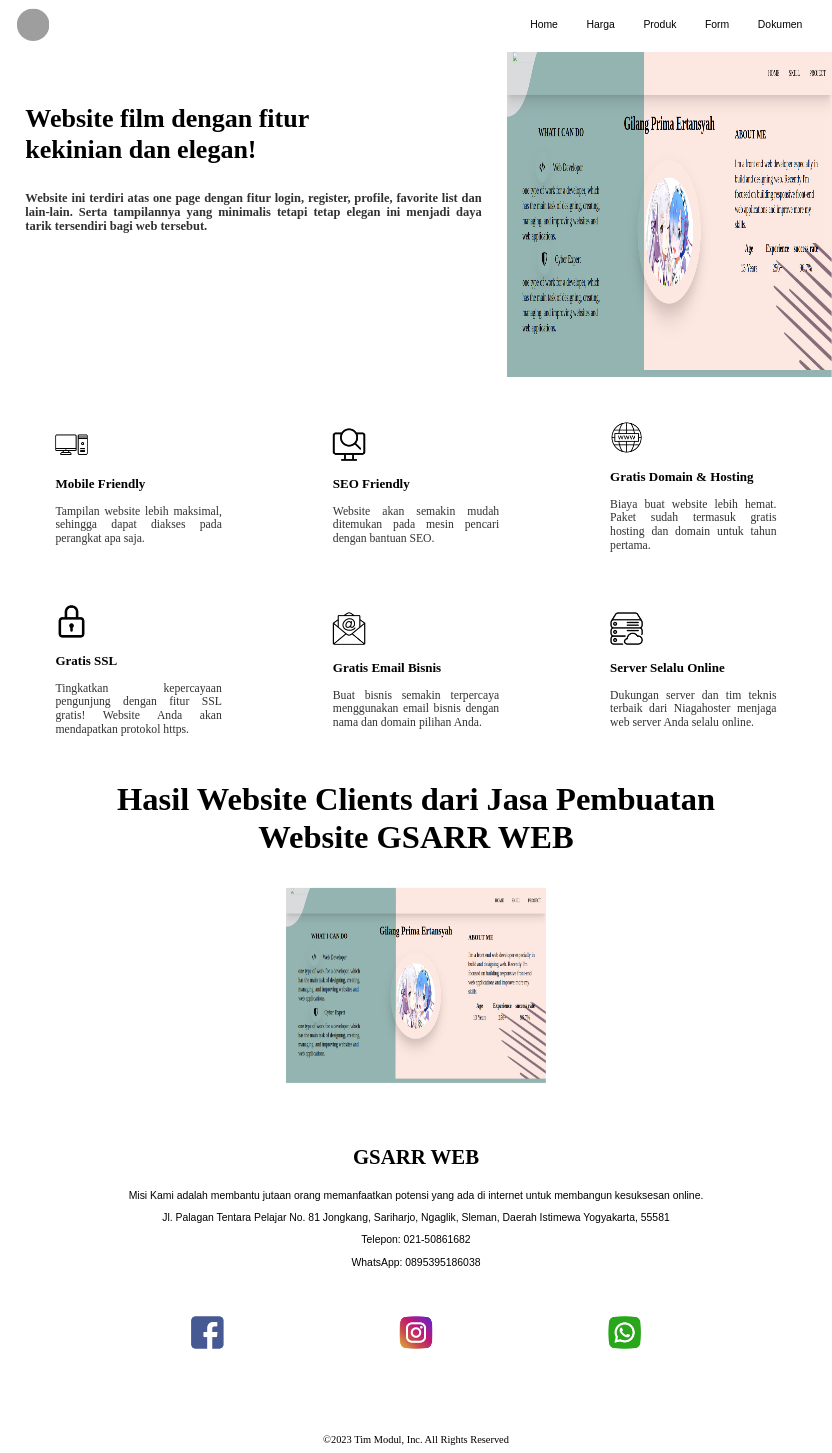
Repository: zecht12/TimModul
Page: JenisWeb/Web2.html
The author's editor kept a copy of each file at every save. The page is drawn from the files as they stood at one save, then again after the next save.
The browser window is 1280 px wide. The pictures show the whole page, at 65% of full size.
Pictures or frames that could not be fetched are drawn as grey boxes.

Above is the page before, as saved 2023-04-26 15:13:53.

### JenisWeb/Web2.html
<!DOCTYPE html>
<html lang="en">
<head>
    <meta charset="UTF-8">
    <meta http-equiv="X-UA-Compatible" content="IE=edge">
    <meta name="viewport" content="width=device-width, initial-scale=1.0">
    <link rel="stylesheet" href="../style.css">
    <script src="script.js"></script>
    <title>Document</title>
</head>
<body style="margin: auto;">
    <div>
        <div style="height: 80px; width: 100%; background-color: white;">
            <header>
                <img src="../assets/wallpaper.jpg" alt="Image" style="height: 50px; width: 50px; border-radius: 100%;" >
                <ul class="nav_links">
                    <li><a href="../TimModul.html">Home</a></li>
                    <li><a href="../TimModul.html">Harga</a></li>
                    <li><a href="../TimModul.html">Produk</a></li>
                    <li><a href="../TimModul.html">Form</a></li>
                    <li><a href="../TimModul.html">Dokumen</a></li>
                </ul>
            </headers>
        </div>
        <div style="display: flex; justify-content: space-between; align-items: start;">
            <div>
                <div style=" display: flex; justify-content: center; align-items: start;">
                    <div style="padding: 5%;">
                        <p style=" color: black; font-size: 40px; font-weight: bold; width: 80%;">Website film dengan fitur kekinian dan elegan!</p>
                        <p style="color: rgb(49, 49, 49); text-align: justify; font-weight: bold; font-size: larger;">Website ini terdiri atas one page dengan fitur login, register, profile, favorite list dan lain-lain. Serta tampilannya yang minimalis tetapi tetap elegan ini menjadi daya tarik tersendiri bagi web tersebut.</p>
                    </div>
                </div>
            </div>
            <div>
                <img src="../assets/web1.jpeg" alt="logo" width="500px" height="500px">
            </div>
        </div>
        <div style="display: flex; justify-content: space-around; align-items: center; padding-top: 5%;">
            <div style="display: flex; justify-content: center; align-items: center; width: 20%;">
                <div>
                    <img src="../assets/computer.png" alt="comp" width="50px" height="50px">
                    <p style="font-weight: bold; font-size: 20px;">Mobile Friendly</p>
                    <p style="color: rgb(49, 49, 49); text-align: justify; font-size: large;">Tampilan website lebih maksimal, sehingga dapat diakses pada perangkat apa saja.</p>
                </div>
            </div>
            <div style="display: flex; justify-content: center; align-items: center; width: 20%;">
                <div>
                    <img src="../assets/computer1.png" alt="comp" width="50px" height="50px">
                    <p style="font-weight: bold; font-size: 20px;">SEO Friendly</p>
                    <p style="color: rgb(49, 49, 49); text-align: justify; font-size: large;">Website akan semakin mudah ditemukan pada mesin pencari dengan bantuan SEO.</p>
                </div>
            </div>
            <div style="display: flex; justify-content: center; align-items: center; width: 20%;">
                <div>
                    <img src="../assets/domain.png" alt="comp" width="50px" height="50px">
                    <p style="font-weight: bold; font-size: 20px;">Gratis Domain & Hosting</p>
                    <p style="color: rgb(49, 49, 49); text-align: justify; font-size: large;">Biaya buat website lebih hemat. Paket sudah termasuk gratis hosting dan domain untuk tahun pertama.</p>
                </div>
            </div>
        </div>
        <div style="display: flex; justify-content: space-around; align-items: center; padding-top: 5%;">
            <div style="display: flex; justify-content: center; align-items: center; width: 20%;">
                <div>
                    <img src="../assets/padlock.png" alt="comp" width="50px" height="50px">
                    <p style="font-weight: bold; font-size: 20px;">Gratis SSL</p>
                    <p style="color: rgb(49, 49, 49); text-align: justify; font-size: large;">Tingkatkan kepercayaan pengunjung dengan fitur SSL gratis! Website Anda akan mendapatkan protokol https.</p>
                </div>
            </div>
            <div style="display: flex; justify-content: center; align-items: center; width: 20%;">
                <div>
                    <img src="../assets/email.png" alt="comp" width="50px" height="50px">
                    <p style="font-weight: bold; font-size: 20px;">Gratis Email Bisnis</p>
                    <p style="color: rgb(49, 49, 49); text-align: justify; font-size: large;">Buat bisnis semakin terpercaya menggunakan email bisnis dengan nama dan domain pilihan Anda.</p>
                </div>
            </div>
            <div style="display: flex; justify-content: center; align-items: center; width: 20%;">
                <div>
                    <img src="../assets/servers.png" alt="comp" width="50px" height="50px">
                    <p style="font-weight: bold; font-size: 20px;">Server Selalu Online</p>
                    <p style="color: rgb(49, 49, 49); text-align: justify; font-size: large;">Dukungan server dan tim teknis terbaik dari Niagahoster menjaga web server Anda selalu online.</p>
                </div>
            </div>
        </div>
        <div>
            <div style=" display: flex; justify-content: center; align-items: center;">
                <p style="text-align: center; color: black; font-size: 50px; font-weight: bold; width: 80%;">Hasil Website Clients dari Jasa Pembuatan Website GSARR WEB</p>
            </div>
            <div style="display: flex; justify-content: space-around; align-items: center;">
                <div style="display: flex; justify-content: center; align-items: center;">
                    <img src="../assets/web1.jpeg" alt="logo" width="400px" height="300px">
                </div>
            </div>
        </div>
        <div style="height: 70vh; width: 100%; background-color: white; margin: auto; justify-content: center; align-items: center;">
            <div style="padding: 5%;">
                <p style="text-align: center; color: black; font-size: xx-large; font-weight: bold;">GSARR WEB</p>
                <p style="text-align: center; font: caption;">Misi Kami adalah membantu jutaan orang memanfaatkan potensi yang ada di internet untuk membangun kesuksesan online.</p>
                <p style="text-align: center; font: caption;">Jl. Palagan Tentara Pelajar No. 81 Jongkang, Sariharjo, Ngaglik, Sleman, Daerah Istimewa Yogyakarta, 55581</p>
                <div>
                    <p style="text-align: center; font: caption;">Telepon: 021-50861682</p>
                    <p style="text-align: center; font: caption;">WhatsApp: 0895395186038</p>
                </div>
                <div class="Social" style="display: flex; align-items: center; justify-content: space-between; background-color: transparent; gap: 20px; padding-left: 20%; padding-right: 20%; padding-top: 5%; ">
                    <a href="" style="background-color: #fff;">
                        <img src="/assets/facebook.png" alt="FB" width="50px" height="50px">
                    </a>
                    <a href="">
                        <img src="/assets/instagram.png" alt="FB" width="50px" height="50px">
                    </a>
                    <a href="">
                        <img src="/assets/whatsapp.png" alt="FB" width="50px" height="50px">
                    </a>
                </div>
            </div>
        </div>
        <div style="height: 50px; width: 100%; background-color: white; margin: auto; justify-content: center; align-items: center;">
            <p style="color: black; text-align: center; padding-top: 20px;">&copy;2023 Tim Modul, Inc. All Rights Reserved</p>
        </div>
    </div>
</body>
</html>

### style.css
body{
    height: auto;
    width: 100%;
    margin: auto;
    padding: auto;
}
header{
    display: flex;
    align-items: center;
    justify-content: space-between;
    padding-left: 2%;
    padding-right: 2%;
    padding-top: 1%;
}
li,a, button{
    font-family: "Montserrat", sans-serif;
    font-size: 16px;
    color: black;
    text-decoration: none;
}
.produk{
    padding-left: 5%;
    padding-right: 5%;
    padding-top: 3%;
    display: flex;
    justify-content: space-around;
    align-items: center;
}
.produk1{
    padding-left: 5%;
    padding-right: 5%;
    padding-top: 3%;
    display: flex;
    justify-content: space-around;
    align-items: center;
}
.produk2{
    padding-left: 5%;
    padding-right: 5%;
    padding-top: 3%;
    display: flex;
    justify-content: space-evenly;
    align-items: center;
}
.produk a:hover{
    transform: scale(110%);
}
.produk1 a:hover{
    transform: scale(110%);
}
.produk2 a:hover{
    transform: scale(110%);
}
.nav_links{
    list-style: none;
}
.nav_links li{
    display: inline-block;
    padding: 0px 20px;
}
.nav_links li a:hover{
    color: #0088a9;
}
.forms{
    height: auto;
    width: 100%;
    display: flex;
    justify-content: center;
    align-items: center;
    padding-top: 1%;
    padding-bottom: 5%;

}
label {
    color: black;
    font-weight: bold;
    width: 130px;
}
.Button {
    padding: 10px;
    border: 1px solid black;
    background-color:aliceblue;
    border-radius: 5px;
    font: inherit;
    cursor: pointer;
}
.Button:hover{
    border: 1px solid #0088a9;
    color: #0088a9;
    cursor: pointer;
}
.button1:hover{
    transform: scale(110%);
}
.Pilihan{
    margin: auto;
    padding-top: 3%;
    padding-bottom: 20px;
    font-weight: bold;
    color: black;
}
.Nama{
    width: 100%;
    height: 20px;
    margin-top: 2%;
}
.Email{
    width: 100%;
    height: 20px;
    margin-top: 2%;
}
.Formemail{
    padding-top: 5%;
}
textarea{
    width: 100%;
    height: 100px;
    margin-bottom: 5%;
}
#customers {
    font-family: Arial, Helvetica, sans-serif;
    border-collapse: collapse;
    width: 80%;
}
#customers td, #customers th {
    border: 1px solid #ddd;
    padding: 8px;
}
#customers tr:nth-child(even){background-color: #f2f2f2;}
#customers tr:hover {background-color: #ddd;}
#customers th {
    padding-top: 12px;
    padding-bottom: 12px;
    text-align: left;
    background-color: #2089dc;
    color: white;
}
.Social a:hover{
    transform: scale(110%);
}

Loaded but not shown: script.js (no copy from this time; the picture is the same without it)

After the next save:
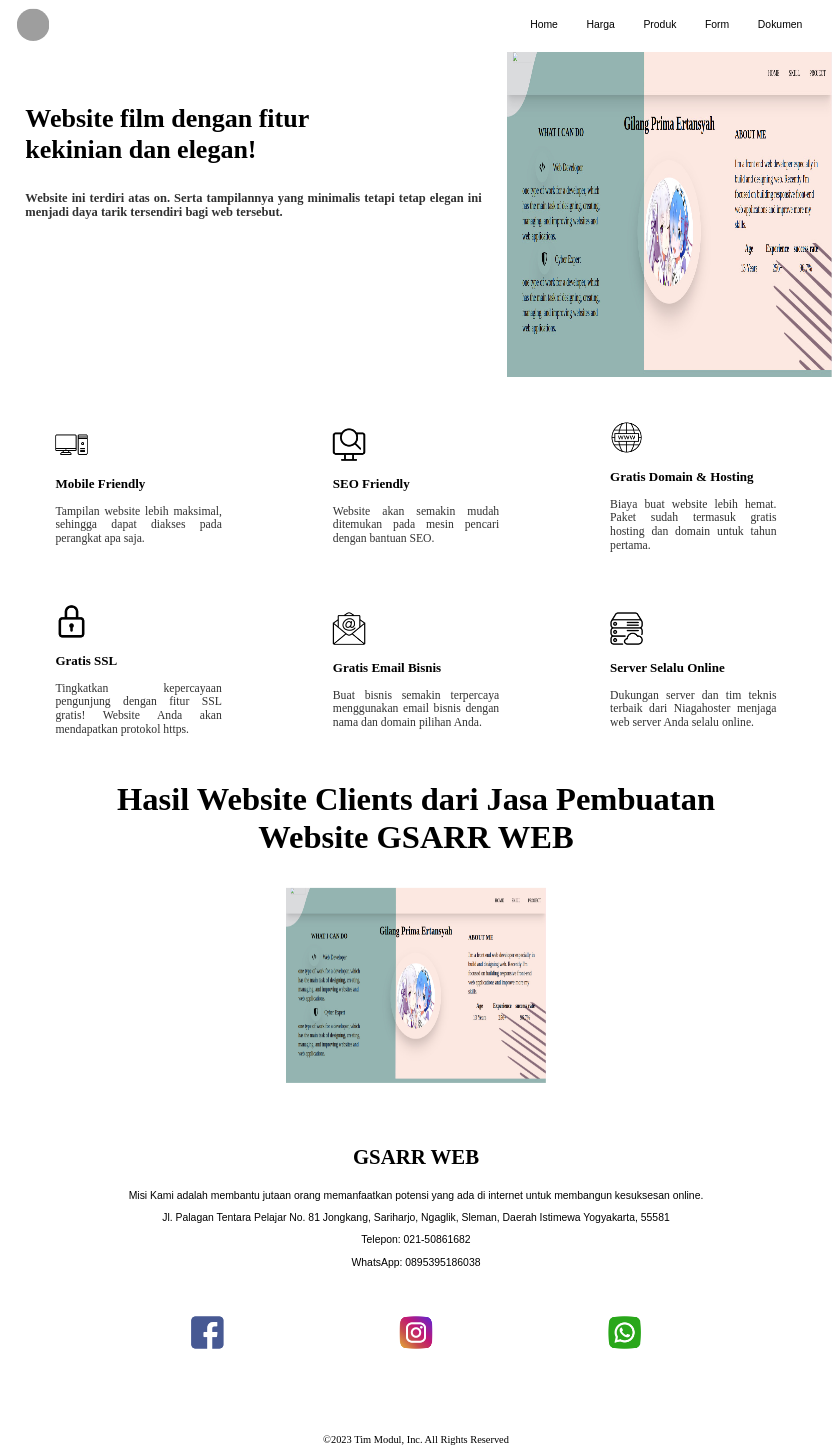
Saved 14 s later.
--- a/JenisWeb/Web2.html
+++ b/JenisWeb/Web2.html
@@ -27,7 +27,7 @@
                 <div style=" display: flex; justify-content: center; align-items: start;">
                     <div style="padding: 5%;">
                         <p style=" color: black; font-size: 40px; font-weight: bold; width: 80%;">Website film dengan fitur kekinian dan elegan!</p>
-                        <p style="color: rgb(49, 49, 49); text-align: justify; font-weight: bold; font-size: larger;">Website ini terdiri atas one page dengan fitur login, register, profile, favorite list dan lain-lain. Serta tampilannya yang minimalis tetapi tetap elegan ini menjadi daya tarik tersendiri bagi web tersebut.</p>
+                        <p style="color: rgb(49, 49, 49); text-align: justify; font-weight: bold; font-size: larger;">Website ini terdiri atas on. Serta tampilannya yang minimalis tetapi tetap elegan ini menjadi daya tarik tersendiri bagi web tersebut.</p>
                     </div>
                 </div>
             </div>
